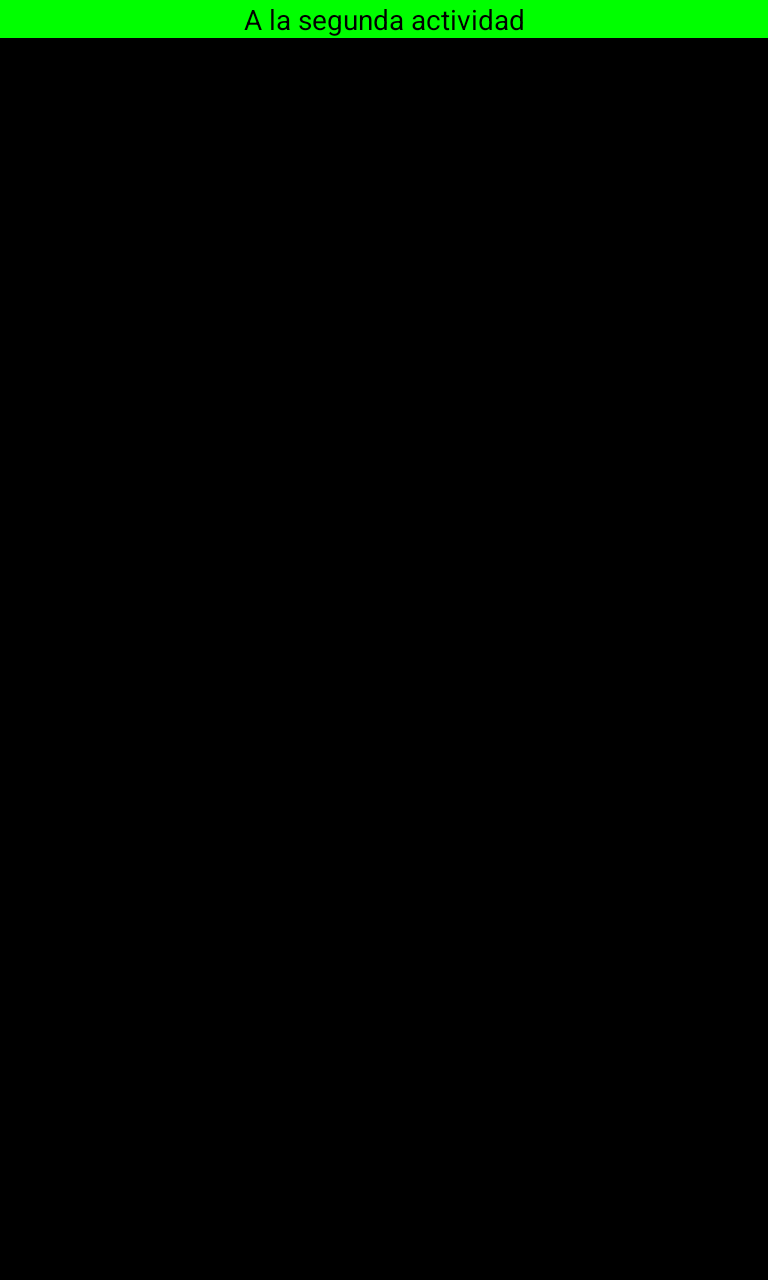
Repository: cogitovsmachina/Curso-Android-en-ITAM
Layout: SimpleIntent/res/layout/first.xml
The author's editor kept a copy of each file at every save. The layout is drawn from the files as they stood at one save, then again after a run of saves.
It is drawn on a 768 x 1280 px phone screen (xhdpi) without system bars, with theme android:Theme; the app's code is not run.

Above is the layout before, as saved 2011-07-05 16:53:03.

After the next 2 saves:
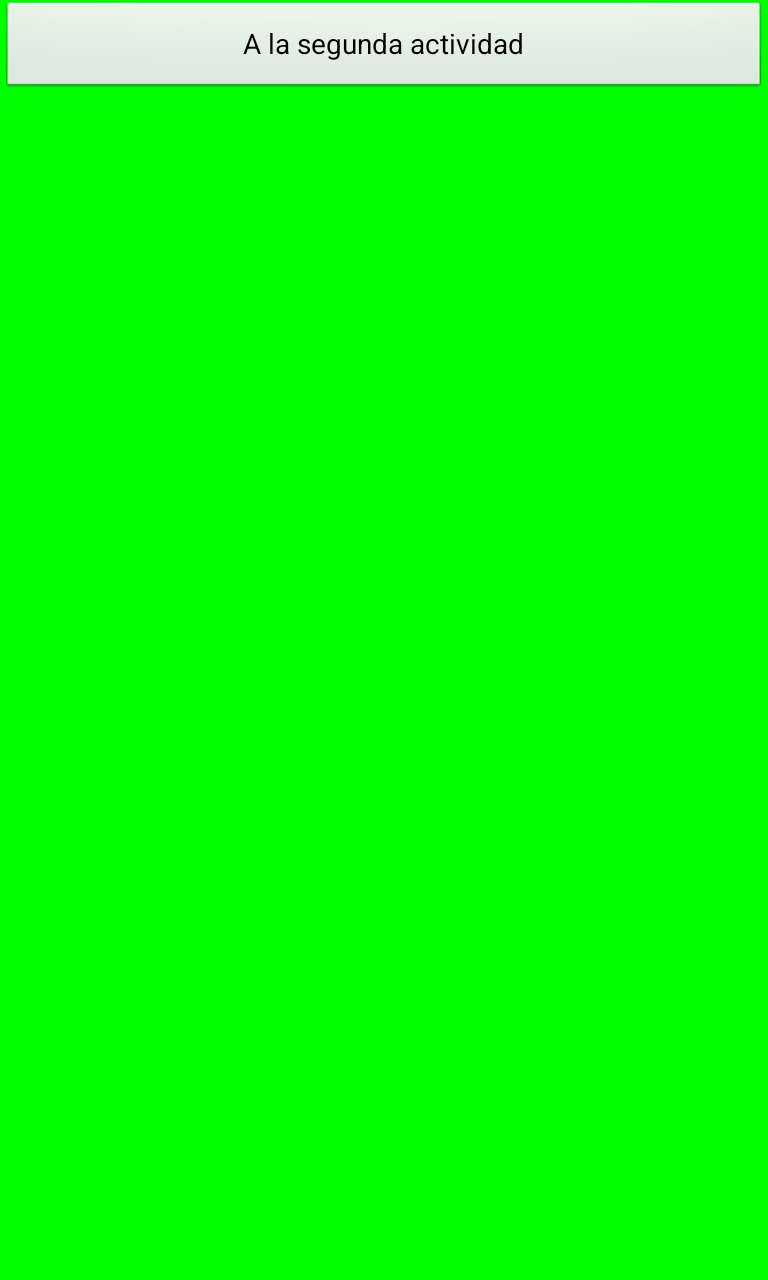
The 2 saves are shown as one change because they came seconds apart.
The last was saved 9 s later.
--- a/SimpleIntent/res/layout/first.xml
+++ b/SimpleIntent/res/layout/first.xml
@@ -3,12 +3,13 @@
     android:orientation="vertical"
     android:layout_width="fill_parent"
     android:layout_height="fill_parent"
+    android:background="@color/green"
+
     >
 <Button
     android:layout_width="fill_parent"
     android:layout_height="wrap_content"
     android:text="A la segunda actividad"
     android:onClick="go"
-    android:background="@color/green"
     />
 </LinearLayout>
